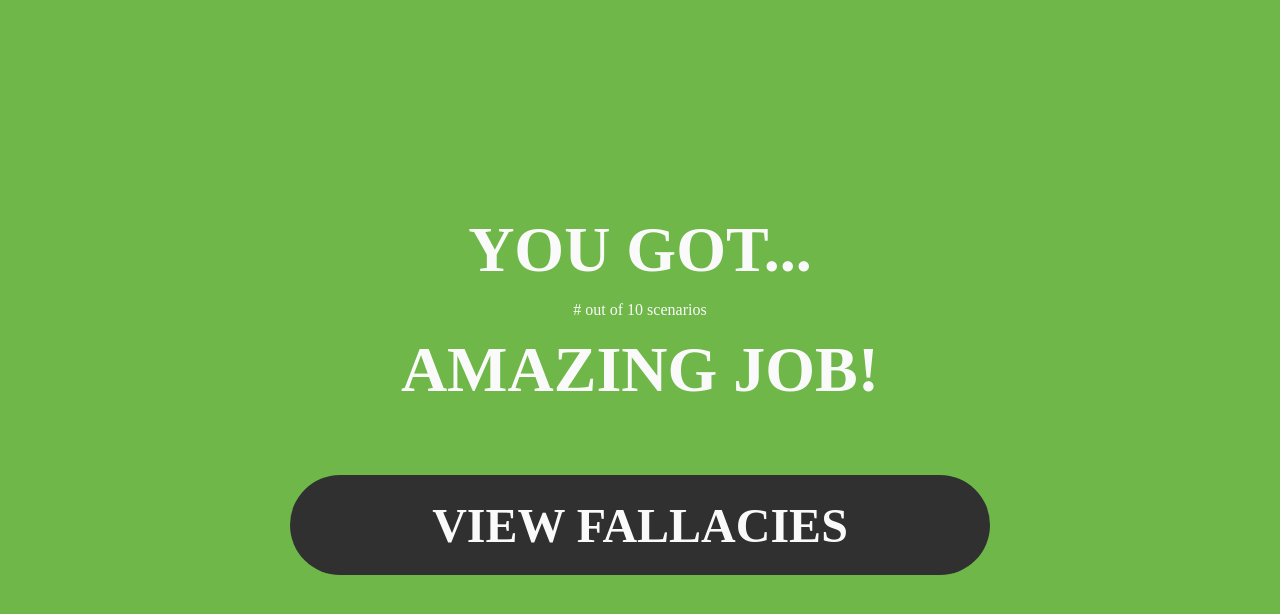
Repository: cindyvunguyen/fallacy
Page: index.html
An editor plug-in stored every save of this project. The page is shown before and after the next save, followed by the edit.
The browser window is 1280 px wide. The pictures show the whole page.
Some web fonts or font styles are not loaded; a fallback is used.

Above is the page before, as saved 2020-03-12 17:08:47.

After the next save:
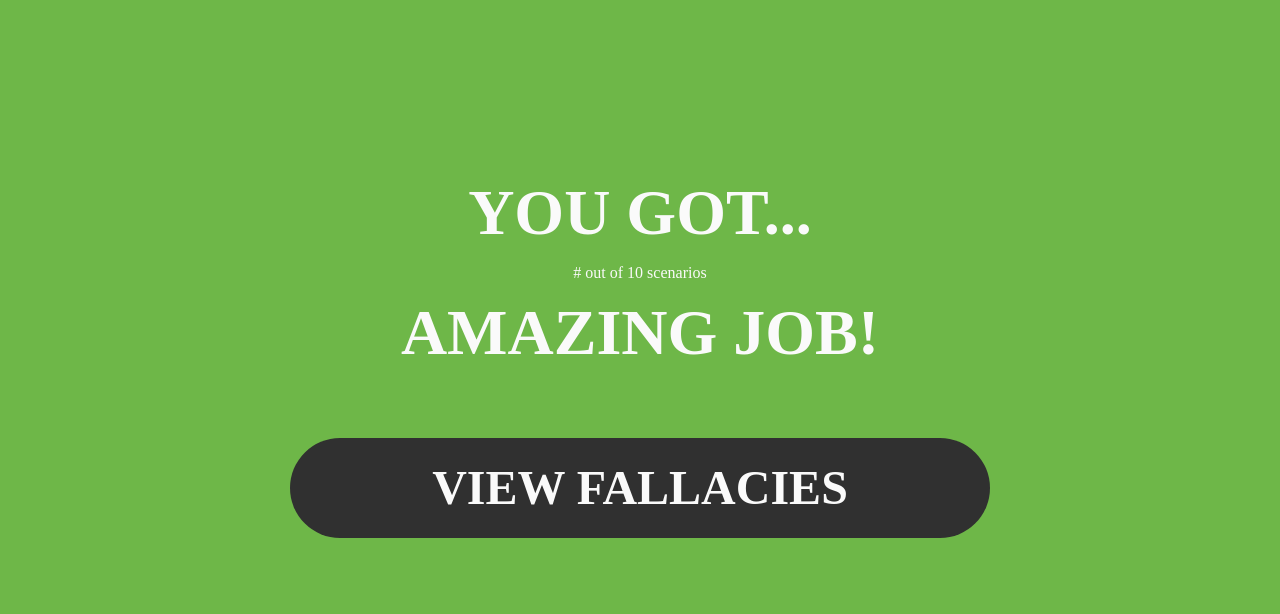
Saved 12 s later.
--- a/style.css
+++ b/style.css
@@ -187,7 +187,7 @@ body {
 }
 
 #rp-text {
-    padding: 75px;
+    padding: 0 0 75px 0;
     line-height: 60px;
     display: flex;
     flex-direction: column;
